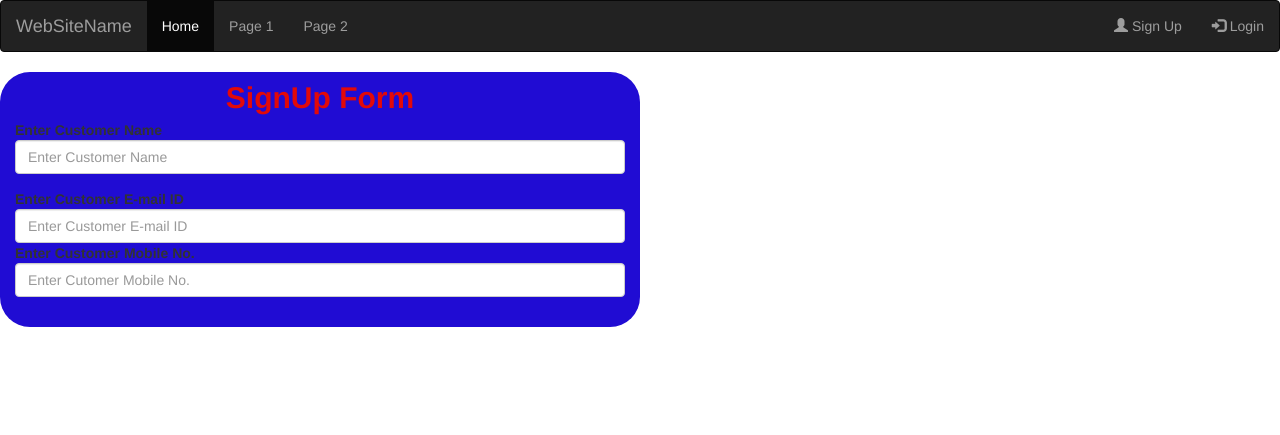
Repository: vikasyadav1433/myproject
Page: http://localhost/hustle/WEB-INF/alljsppages/signUpForm.jsp
These files come from the project's save history. The page is drawn as it stood at one moment and after the next save; the edit follows.
The browser window is 1280 px wide. The pictures show the whole page.
Some web libraries are served in a nearby version. The page is served by Tomcat 9. Nobody is signed in. The template is opened directly, without the code that normally fills it, so the values that code supplies are empty.

Above is the page before, as saved 2017-08-06 16:03:03.

After the next save:
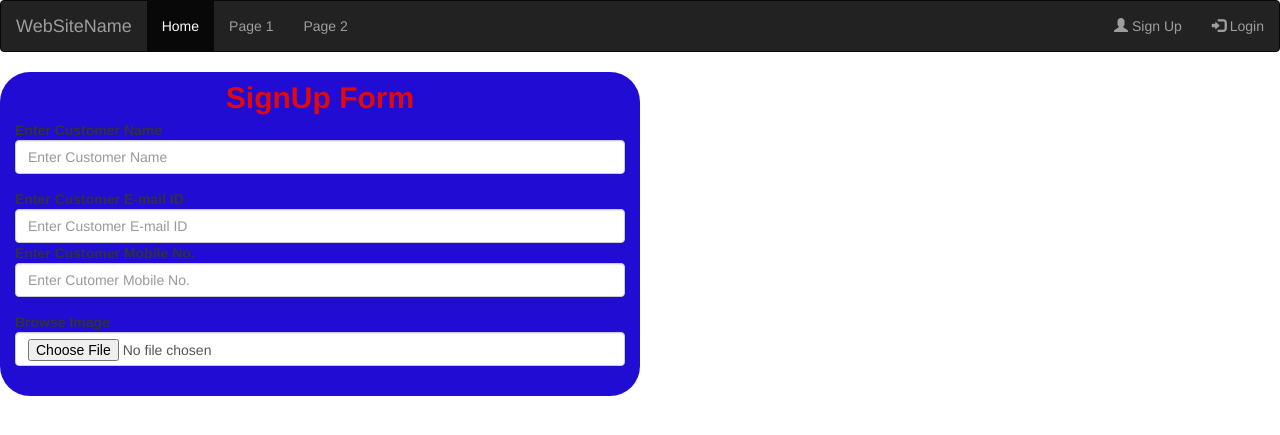
Saved 3 min 13 s later.
--- a/workspace2/hustle/src/main/webapp/WEB-INF/alljsppages/signUpForm.jsp
+++ b/workspace2/hustle/src/main/webapp/WEB-INF/alljsppages/signUpForm.jsp
@@ -31,6 +31,10 @@
 				<xyz:input class="form-control"
 					placeholder="Enter Cutomer Mobile No." path="mobileno" />
 			</div>
+			<div class="form-group">
+			<b>Browse Image</b><br>
+			<xyz:input class="form-control" type="file" path="CustomerImage"/>
+			</div>
 
 		</xyz:form>
 
